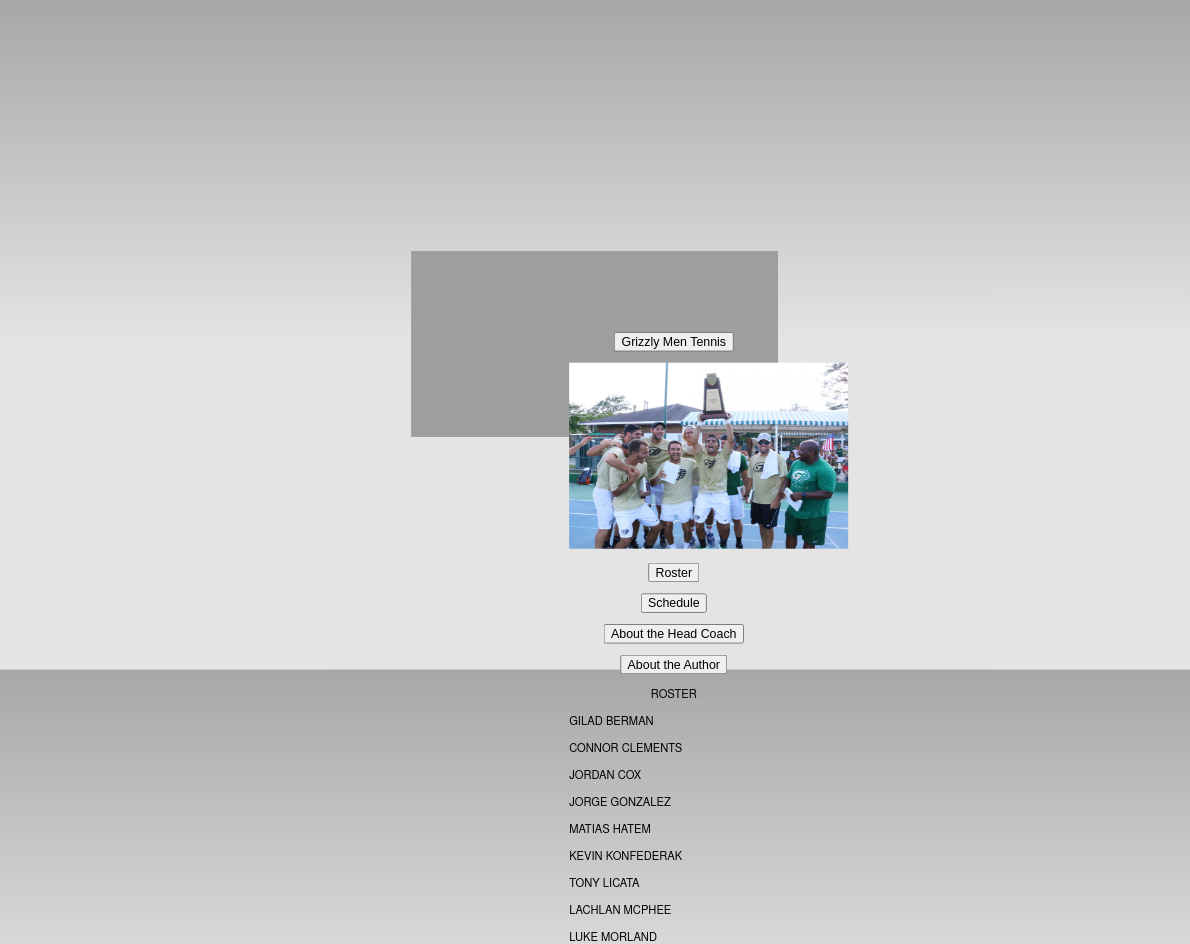
Repository: qtran3/itec4550
Page: EXAM1/TennisAppWebView/index.html
An editor plug-in stored every save of this project. The page is shown before and after the next save, followed by the edit.
The browser window is 1280 px wide. The pictures show the whole page, at 93% of full size.
Pictures or frames that could not be fetched are drawn as grey boxes. Backgrounds fixed to the window are drawn as part of the page.

Above is the page before, as saved 2016-06-01 16:23:32.

### EXAM1/TennisAppWebView/index.html
<!DOCTYPE html>
<!--
    Licensed to the Apache Software Foundation (ASF) under one
    or more contributor license agreements.  See the NOTICE file
    distributed with this work for additional information
    regarding copyright ownership.  The ASF licenses this file
    to you under the Apache License, Version 2.0 (the
    "License"); you may not use this file except in compliance
    with the License.  You may obtain a copy of the License at

    http://www.apache.org/licenses/LICENSE-2.0

    Unless required by applicable law or agreed to in writing,
    software distributed under the License is distributed on an
    "AS IS" BASIS, WITHOUT WARRANTIES OR CONDITIONS OF ANY
     KIND, either express or implied.  See the License for the
    specific language governing permissions and limitations
    under the License.
-->
<html>
    <head>
        <!--
        Customize this policy to fit your own app's needs. For more guidance, see:
            https://github.com/apache/cordova-plugin-whitelist/blob/master/README.md#content-security-policy
        Some notes:
            * gap: is required only on iOS (when using UIWebView) and is needed for JS->native communication
            * https://ssl.gstatic.com is required only on Android and is needed for TalkBack to function properly
            * Disables use of inline scripts in order to mitigate risk of XSS vulnerabilities. To change this:
                * Enable inline JS: add 'unsafe-inline' to default-src
        -->
        <meta http-equiv="Content-Security-Policy" content="default-src 'self' data: gap: https://ssl.gstatic.com 'unsafe-eval'; style-src 'self' 'unsafe-inline'; media-src *">
        <meta name="format-detection" content="telephone=no">
        <meta name="msapplication-tap-highlight" content="no">
        <meta name="viewport" content="user-scalable=no, initial-scale=1, maximum-scale=1, minimum-scale=1, width=device-width">
        <link rel="stylesheet" type="text/css" href="css/index.css">
        <title>Grizzly Men Tennis</title>
    </head>
    <body>
        <div class="app">
        	<div id="mainPage" align="center">
            	<p> <button id="homePagebuutton">Grizzly Men Tennis</button></p>
				<p>
				  <img src="img/Tennis-10.jpg" height="200px" width="300px" />
				</p>
				<p>
					<button id="rosterButton">Roster</button>
				</p>
				<p>
					<button id="scheduleButton">Schedule</button>
				</p>
				<p>
					<button id="coachButton">About the Head Coach</button>
				</p>
				<p>
					<button id="authorButton">About the Author</button>
				</p>
			</div>

			<div id="rosterPage">
				<p>Roster</p>
				<div align="left">
					<p>Gilad Berman</p>
					<p>Connor Clements</p>
					<p>Jordan Cox</p>
					<p>Jorge Gonzalez</p>
					<p>Matias Hatem</p>
					<p>Kevin Konfederak</p>
					<p>Tony Licata</p>
					<p>Lachlan McPhee</p>
					<p>Luke Morland</p>
				</div>

				<div id="schedulePage">

				</div>
            </div>

        </div>

<!--
        <script type="text/javascript" src="cordova.js"></script>
-->
        <script type="text/javascript" src="js/index.js"></script>
    </body>
</html>

### EXAM1/TennisAppWebView/css/index.css
/*
 * Licensed to the Apache Software Foundation (ASF) under one
 * or more contributor license agreements.  See the NOTICE file
 * distributed with this work for additional information
 * regarding copyright ownership.  The ASF licenses this file
 * to you under the Apache License, Version 2.0 (the
 * "License"); you may not use this file except in compliance
 * with the License.  You may obtain a copy of the License at
 *
 * http://www.apache.org/licenses/LICENSE-2.0
 *
 * Unless required by applicable law or agreed to in writing,
 * software distributed under the License is distributed on an
 * "AS IS" BASIS, WITHOUT WARRANTIES OR CONDITIONS OF ANY
 * KIND, either express or implied.  See the License for the
 * specific language governing permissions and limitations
 * under the License.
 */
* {
    -webkit-tap-highlight-color: rgba(0,0,0,0); /* make transparent link selection, adjust last value opacity 0 to 1.0 */
}

body {
    -webkit-touch-callout: none;                /* prevent callout to copy image, etc when tap to hold */
    -webkit-text-size-adjust: none;             /* prevent webkit from resizing text to fit */
    -webkit-user-select: none;                  /* prevent copy paste, to allow, change 'none' to 'text' */
    background-color:#E4E4E4;
    background-image:linear-gradient(top, #A7A7A7 0%, #E4E4E4 51%);
    background-image:-webkit-linear-gradient(top, #A7A7A7 0%, #E4E4E4 51%);
    background-image:-ms-linear-gradient(top, #A7A7A7 0%, #E4E4E4 51%);
    background-image:-webkit-gradient(
        linear,
        left top,
        left bottom,
        color-stop(0, #A7A7A7),
        color-stop(0.51, #E4E4E4)
    );
    background-attachment:fixed;
    font-family:'HelveticaNeue-Light', 'HelveticaNeue', Helvetica, Arial, sans-serif;
    font-size:12px;
    height:100%;
    margin:0px;
    padding:0px;
    text-transform:uppercase;
    width:100%;
}

/* Portrait layout (default) */
.app {
    background:url(../img/logo.png) no-repeat center top; /* 170px x 200px */
    position:absolute;             /* position in the center of the screen */
    left:50%;
    top:50%;
    height:50px;                   /* text area height */
    width:225px;                   /* text area width */
    text-align:center;
    padding:180px 0px 0px 0px;     /* image height is 200px (bottom 20px are overlapped with text) */
    margin:-115px 0px 0px -112px;  /* offset vertical: half of image height and text area height */
                                   /* offset horizontal: half of text area width */
}

/* Landscape layout (with min-width) */
@media screen and (min-aspect-ratio: 1/1) and (min-width:400px) {
    .app {
        background-position:left center;
        padding:75px 0px 75px 170px;  /* padding-top + padding-bottom + text area = image height */
        margin:-90px 0px 0px -198px;  /* offset vertical: half of image height */
                                      /* offset horizontal: half of image width and text area width */
    }
}

h1 {
    font-size:24px;
    font-weight:normal;
    margin:0px;
    overflow:visible;
    padding:0px;
    text-align:center;
}

.event {
    border-radius:4px;
    -webkit-border-radius:4px;
    color:#FFFFFF;
    font-size:12px;
    margin:0px 30px;
    padding:2px 0px;
}

.event.listening {
    background-color:#333333;
    display:block;
}

.event.received {
    background-color:#4B946A;
    display:none;
}

@keyframes fade {
    from { opacity: 1.0; }
    50% { opacity: 0.4; }
    to { opacity: 1.0; }
}

@-webkit-keyframes fade {
    from { opacity: 1.0; }
    50% { opacity: 0.4; }
    to { opacity: 1.0; }
}

.blink {
    animation:fade 3000ms infinite;
    -webkit-animation:fade 3000ms infinite;
}

Loaded but not shown: EXAM1/TennisAppWebView/js/index.js (common file)

After the next save:
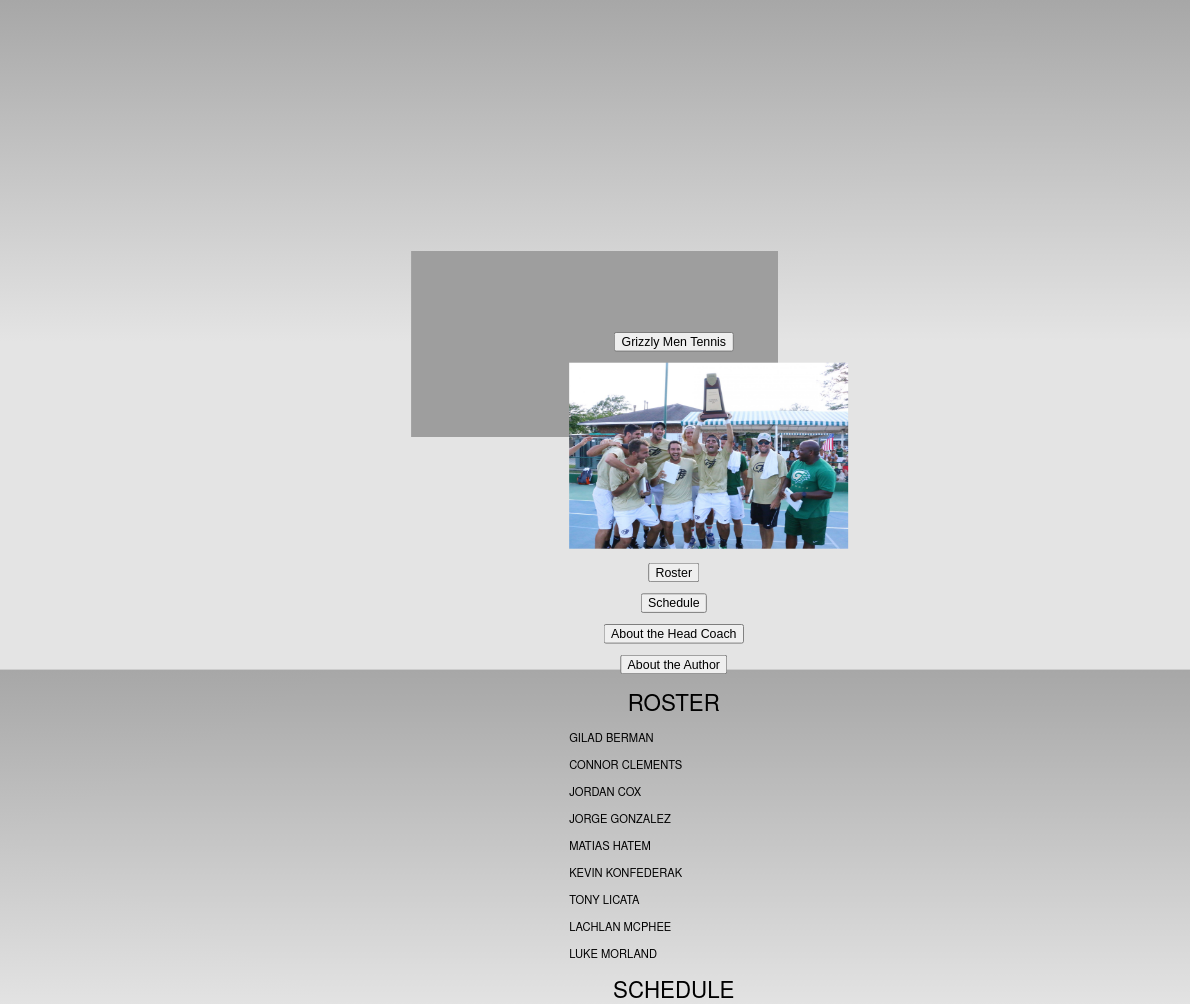
Saved 52 s later.
--- a/EXAM1/TennisAppWebView/index.html
+++ b/EXAM1/TennisAppWebView/index.html
@@ -57,7 +57,7 @@
 			</div>
 
 			<div id="rosterPage">
-				<p>Roster</p>
+				<h1>Roster</h1>
 				<div align="left">
 					<p>Gilad Berman</p>
 					<p>Connor Clements</p>
@@ -71,7 +71,7 @@
 				</div>
 
 				<div id="schedulePage">
-
+					<h1 align="center"> Schedule</h1>
 				</div>
             </div>
 
